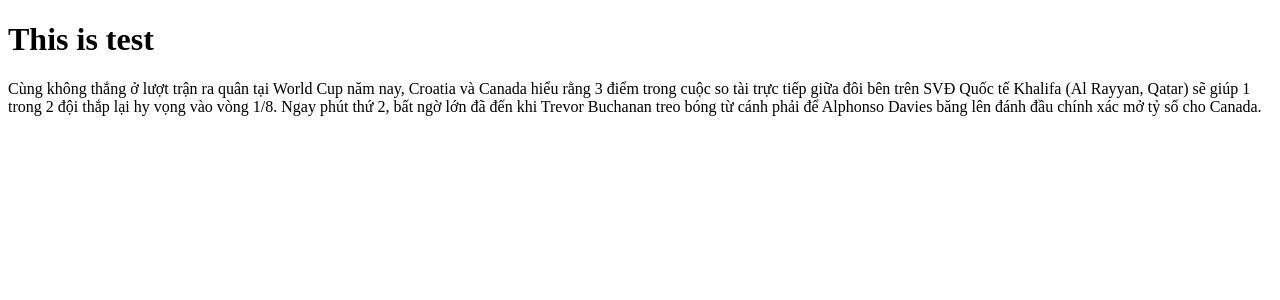
Repository: nguyenhung50497/MD2_cssCanBan
Page: NhungCSS/index.html
The author's editor kept a copy of each file at every save. The page is drawn from the files as they stood at one save, then again after the next save.
The browser window is 1280 px wide. The pictures show the whole page.

Above is the page before, as saved 2022-11-28 10:40:37.

### NhungCSS/index.html
<!DOCTYPE html>
<html lang="en">
<head>
    <meta charset="UTF-8">
    <meta http-equiv="X-UA-Compatible" content="IE=edge">
    <meta name="viewport" content="width=device-width, initial-scale=1.0">
    <link rel="stylesheet" href="main.css">
    <title>Document</title>
    <style>

    </style>
</head>
<body>
    <h1>This is test</h1>
    <p>Cùng không thắng ở lượt trận ra quân tại World Cup năm nay, Croatia và Canada hiểu rằng 3 điểm trong cuộc so tài trực tiếp giữa đôi bên trên SVĐ Quốc tế Khalifa (Al Rayyan, Qatar) sẽ giúp 1 trong 2 đội thắp lại hy vọng vào vòng 1/8. Ngay phút thứ 2, bất ngờ lớn đã đến khi Trevor Buchanan treo bóng từ cánh phải để Alphonso Davies băng lên đánh đầu chính xác mở tỷ số cho Canada.</p>
</body>
</html>

Loaded but not shown: NhungCSS/main.css (no stored copy; drawn as an empty file)

After the next save:
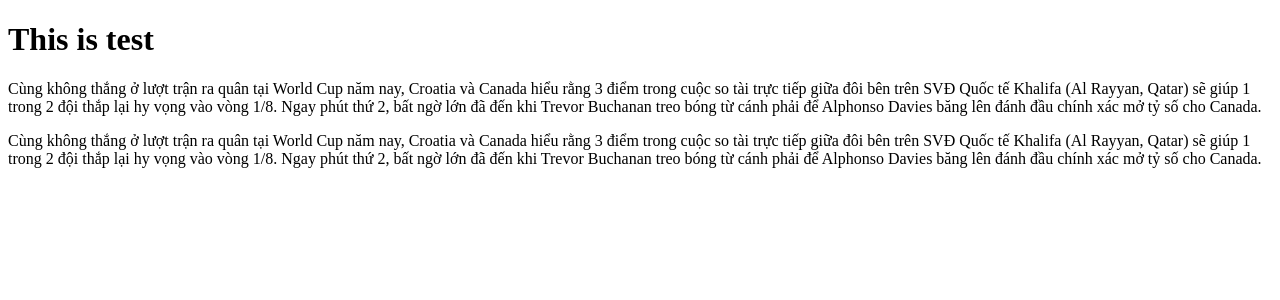
Saved 36 s later.
--- a/NhungCSS/index.html
+++ b/NhungCSS/index.html
@@ -13,5 +13,6 @@
 <body>
     <h1>This is test</h1>
     <p>Cùng không thắng ở lượt trận ra quân tại World Cup năm nay, Croatia và Canada hiểu rằng 3 điểm trong cuộc so tài trực tiếp giữa đôi bên trên SVĐ Quốc tế Khalifa (Al Rayyan, Qatar) sẽ giúp 1 trong 2 đội thắp lại hy vọng vào vòng 1/8. Ngay phút thứ 2, bất ngờ lớn đã đến khi Trevor Buchanan treo bóng từ cánh phải để Alphonso Davies băng lên đánh đầu chính xác mở tỷ số cho Canada.</p>
+    <p>Cùng không thắng ở lượt trận ra quân tại World Cup năm nay, Croatia và Canada hiểu rằng 3 điểm trong cuộc so tài trực tiếp giữa đôi bên trên SVĐ Quốc tế Khalifa (Al Rayyan, Qatar) sẽ giúp 1 trong 2 đội thắp lại hy vọng vào vòng 1/8. Ngay phút thứ 2, bất ngờ lớn đã đến khi Trevor Buchanan treo bóng từ cánh phải để Alphonso Davies băng lên đánh đầu chính xác mở tỷ số cho Canada.</p>
 </body>
 </html>
